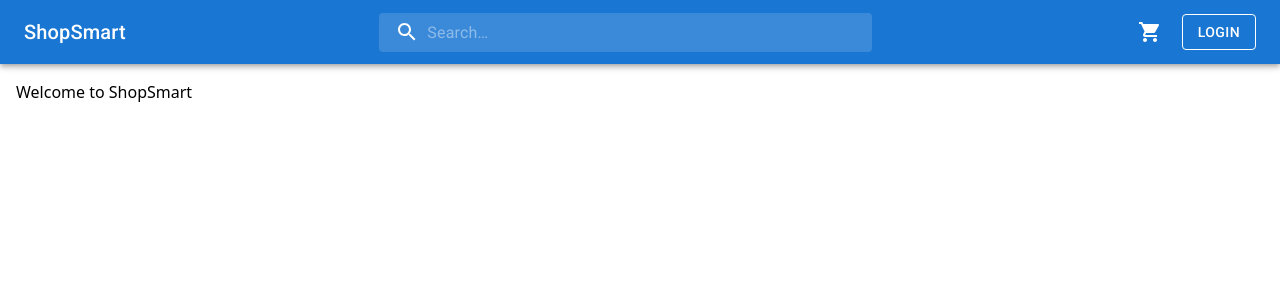
Repository: Yeshwanth-189/a-i-r
Page: / (app in client/)
An editor plug-in stored every save of this project. The page is shown before and after the next save, followed by the edit.
The browser window is 1280 px wide. The pictures show the whole page.
The project was rebuilt for these pictures with package versions that can differ from the ones it lists, and the page was loaded fresh each time. Also part of the build but not shown: client/vite.config.js, client/src/App.css.

Above is the page before, as saved 2025-04-12 12:33:22.

### client/index.html
<!DOCTYPE html>
<html lang="en">
  <head>
    <meta charset="UTF-8" />
    <link rel="icon" type="image/svg+xml" href="/vite.svg" />
    <meta name="viewport" content="width=device-width, initial-scale=1.0" />
    <title>AI-R</title>
    <link rel="preconnect" href="https://fonts.googleapis.com" />
    <link rel="preconnect" href="https://fonts.gstatic.com" crossorigin />
    <link
      rel="stylesheet"
      href="https://fonts.googleapis.com/css2?family=Roboto:wght@300;400;500;700&display=swap"
    />
    <link
      rel="stylesheet"
      href="https://fonts.googleapis.com/icon?family=Material+Icons"
    />
  </head>
  <body>
    <div id="root"></div>
    <script type="module" src="/src/main.jsx"></script>
  </body>
</html>

### client/src/App.jsx
import "./App.css";
import Navbar from "./components/NavBar.jsx";

function App() {
  return (
    <>
      <div className="min-h-screen">
        <Navbar />
        {/* Other pages will go below */}
        <div className="p-4">Welcome to ShopSmart</div>
      </div>
    </>
  );
}

export default App;

### client/src/components/NavBar.jsx
import React from "react";
import AppBar from "@mui/material/AppBar";
import Toolbar from "@mui/material/Toolbar";
import Typography from "@mui/material/Typography";
import IconButton from "@mui/material/IconButton";
import InputBase from "@mui/material/InputBase";
import ShoppingCartIcon from "@mui/icons-material/ShoppingCart";
import SearchIcon from "@mui/icons-material/Search";
import Button from "@mui/material/Button";
import { alpha, styled } from "@mui/material/styles";

const Search = styled("div")(({ theme }) => ({
  position: "relative",
  borderRadius: theme.shape.borderRadius,
  backgroundColor: alpha("#ffffff", 0.15),
  "&:hover": {
    backgroundColor: alpha("#ffffff", 0.25),
  },
  marginLeft: 0,
  width: "100%",
  [theme.breakpoints.up("md")]: {
    width: "40%",
  },
}));

const SearchIconWrapper = styled("div")(({ theme }) => ({
  padding: theme.spacing(0, 2),
  height: "100%",
  position: "absolute",
  display: "flex",
  alignItems: "center",
  justifyContent: "center",
}));

const StyledInputBase = styled(InputBase)(({ theme }) => ({
  color: "inherit",
  width: "100%",
  "& .MuiInputBase-input": {
    padding: theme.spacing(1, 1, 1, 0),
    paddingLeft: `calc(1em + ${theme.spacing(4)})`,
  },
}));

const Navbar = () => {
  return (
    <AppBar position="static" className="bg-black">
      <Toolbar className="flex flex-col md:flex-row md:justify-between gap-2 md:gap-0">
        {/* Brand Logo */}
        <Typography variant="h6" noWrap component="div" className="text-white">
          ShopSmart
        </Typography>

        {/* Search Bar */}
        <Search>
          <SearchIconWrapper>
            <SearchIcon />
          </SearchIconWrapper>
          <StyledInputBase
            placeholder="Search…"
            inputProps={{ "aria-label": "search" }}
          />
        </Search>

        {/* Icons and Buttons */}
        <div className="flex items-center gap-2">
          <IconButton size="large" color="inherit">
            <ShoppingCartIcon />
          </IconButton>
          <Button
            variant="outlined"
            color="inherit"
            className="text-white border-white"
          >
            Login
          </Button>
        </div>
      </Toolbar>
    </AppBar>
  );
};

export default Navbar;

Loaded but not shown: client/src/main.jsx (common file); client/src/index.css (common file)

After the next save:
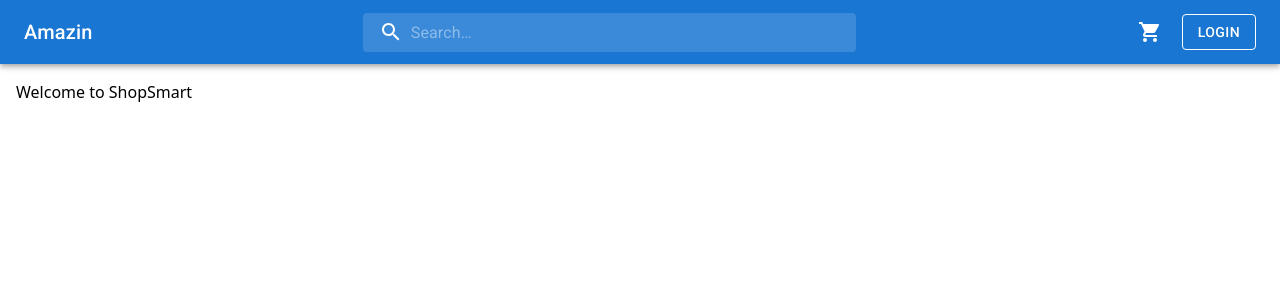
Saved 2 min 42 s later.
--- a/client/src/components/NavBar.jsx
+++ b/client/src/components/NavBar.jsx
@@ -47,7 +47,7 @@ const Navbar = () => {
       <Toolbar className="flex flex-col md:flex-row md:justify-between gap-2 md:gap-0">
         {/* Brand Logo */}
         <Typography variant="h6" noWrap component="div" className="text-white">
-          ShopSmart
+          Amazin
         </Typography>
 
         {/* Search Bar */}
